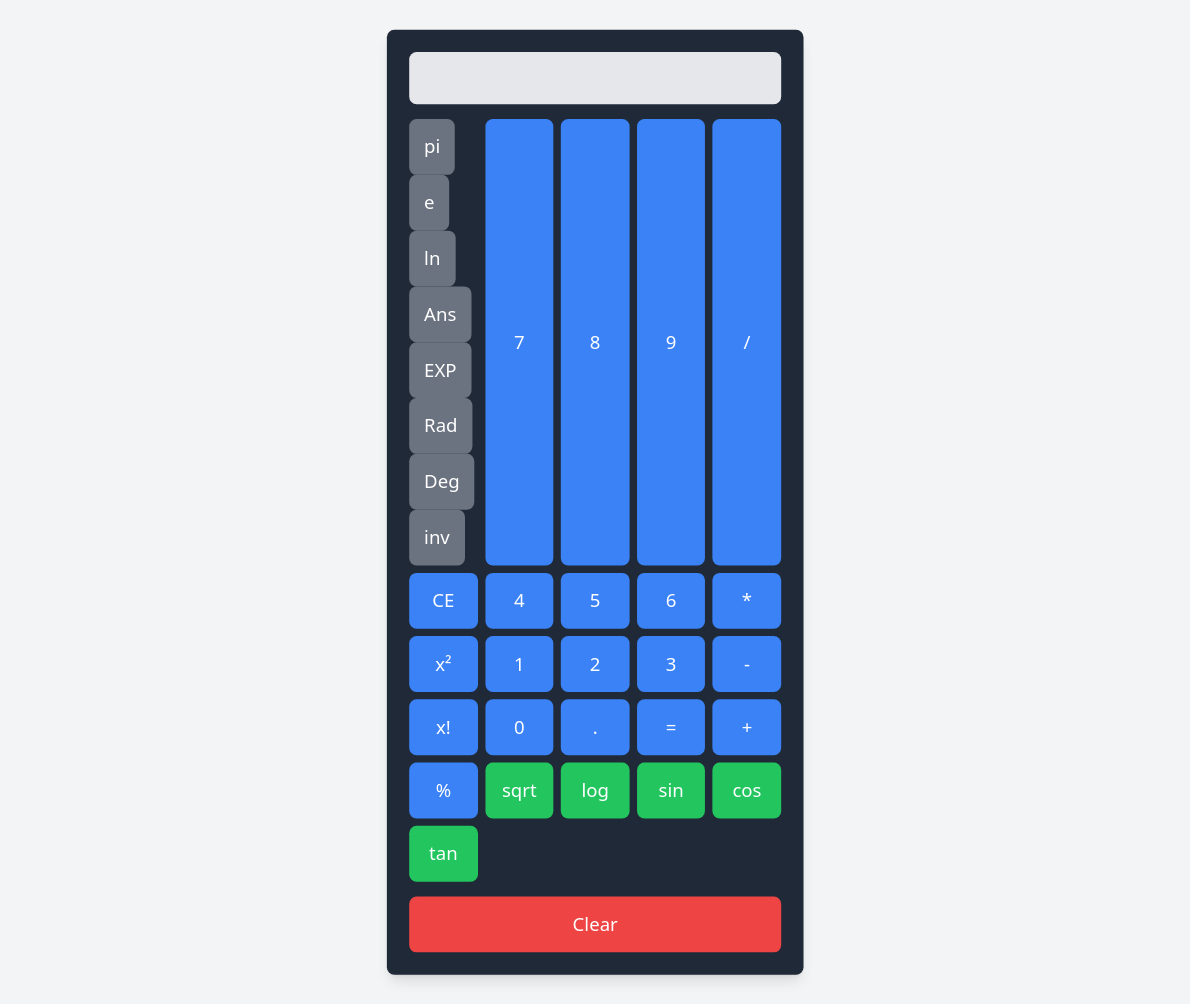
Repository: Sirinegaddour11/Calculator-App
Page: /
An editor plug-in stored every save of this project. The page is shown before and after the next save, followed by the edit.
The browser window is 1280 px wide. The pictures show the whole page, at 93% of full size.
The project was rebuilt for these pictures with package versions that can differ from the ones it lists, and the page was loaded fresh each time. The framework's server and built-in components were replaced by stand-ins that run in the browser. Also part of the build but not shown: next.config.mjs.

Above is the page before, as saved 2024-09-16 19:20:15.

### app/layout.tsx
import type { Metadata } from "next";
import "./globals.css";

export const metadata: Metadata = {
  title: "Calculator App",
  description: "Generated by me",
};

export default function RootLayout({
  children,
}: Readonly<{
  children: React.ReactNode;
}>) {
  return (
    <html lang="en">
      <body className="bg-red-200">{children}</body>
    </html>
  );
}

### app/page.tsx
import Calculator from "@/components/calculator";
import Image from "next/image";

export default function Home() {
  return (
    <div>
      <Calculator />
    </div>
  );
}

### app/globals.css
@tailwind base;
@tailwind components;
@tailwind utilities;

.dark .three-d {
  text-shadow: 0px 5px 0px #533519;
}
.three-d {
  text-shadow: none;
}
.dark .simplebar-scrollbar ::before {
 background-color: rgb(216, 217, 231);
}

### components/calculator.tsx
"use client";
import React, { useState } from "react";
import { evaluate, pi, exp, ln, factorial } from "mathjs";

const Calculator: React.FC = () => {
  const [expression, setExpression] = useState<string>("");
  const [lastResult, setLastResult] = useState<string>("");

  const handleButtonClick = (value: string) => {
    switch (value) {
      case "pi":
        setExpression((prev) => prev + pi.toString());
        break;
      case "e":
        setExpression((prev) => prev + exp(1).toString());
        break;
      case "Ans":
        setExpression((prev) => prev + lastResult);
        break;
      case "ln":
        setExpression((prev) => prev + "ln(");
        break;
      case "x!":
        setExpression((prev) => prev + "factorial(");
        break;
      case "%":
        setExpression((prev) => prev + "/100");
        break;
      case "inv":
        setExpression((prev) => prev + "^(-1)");
        break;
      case "EXP":
        setExpression((prev) => prev + "*10^");
        break;
      case "CE":
        setExpression((prev) => prev.slice(0, -1));
        break;
      case "x²":
        setExpression((prev) => prev + "^2");
        break;
      default:
        if (["sqrt", "log", "sin", "cos", "tan", "^"].includes(value)) {
          setExpression((prev) => prev + value + "(");
        } else if (value === ")") {
          setExpression((prev) => prev + value);
        } else {
          setExpression((prev) => prev + value);
        }
        break;
    }
  };

  const handleCalculate = () => {
    try {
      const result = evaluate(expression);
      setLastResult(result.toString());
      setExpression(result.toString());
    } catch (error) {
      setExpression("Error");
    }
  };

  const handleClear = () => {
    setExpression("");
    setLastResult("");
  };

  return (
    <div className="flex justify-center items-center min-w-[50vh] p-8 bg-gray-100">
      <div className="max-w-md w-full bg-gray-800 rounded-lg shadow-lg p-6">
        <input
          type="text"
          className="w-full mb-4 p-3 text-2xl text-right bg-gray-200 rounded-lg"
          value={expression}
          readOnly
        />
        <div className="grid grid-cols-5 gap-2">
          {/* Ligne 6 (fonctions supplémentaires) */}
          <div className="">
            {["pi", "e", "ln", "Ans", "EXP", "Rad", "Deg", "inv"].map(
              (func, index) => (
                <button
                  key={index}
                  className="p-4 bg-gray-500 text-white rounded-lg hover:bg-gray-600 text-xl"
                  onClick={() => handleButtonClick(func)}
                >
                  {func}
                </button>
              )
            )}
          </div>
          {/* Ligne 1 */}
          {["7", "8", "9", "/", "CE"].map((value, index) => (
            <button
              key={index}
              className="p-4 bg-blue-500 text-white rounded-lg hover:bg-blue-600 text-xl"
              onClick={() =>
                value === "CE"
                  ? handleButtonClick(value)
                  : handleButtonClick(value)
              }
            >
              {value}
            </button>
          ))}
          {/* Ligne 2 */}
          {["4", "5", "6", "*", "x²"].map((value, index) => (
            <button
              key={index}
              className="p-4 bg-blue-500 text-white rounded-lg hover:bg-blue-600 text-xl"
              onClick={() => handleButtonClick(value)}
            >
              {value}
            </button>
          ))}
          {/* Ligne 3 */}
          {["1", "2", "3", "-", "x!"].map((value, index) => (
            <button
              key={index}
              className="p-4 bg-blue-500 text-white rounded-lg hover:bg-blue-600 text-xl"
              onClick={() => handleButtonClick(value)}
            >
              {value}
            </button>
          ))}
          {/* Ligne 4 */}
          {["0", ".", "=", "+", "%"].map((value, index) => (
            <button
              key={index}
              className="p-4 bg-blue-500 text-white rounded-lg hover:bg-blue-600 text-xl"
              onClick={() =>
                value === "=" ? handleCalculate() : handleButtonClick(value)
              }
            >
              {value}
            </button>
          ))}
          {/* Ligne 5 (fonctions scientifiques) */}
          {["sqrt", "log", "sin", "cos", "tan"].map((func, index) => (
            <button
              key={index}
              className="p-4 bg-green-500 text-white rounded-lg hover:bg-green-600 text-xl"
              onClick={() => handleButtonClick(func)}
            >
              {func}
            </button>
          ))}
        </div>
        <button
          className="mt-4 w-full p-4 bg-red-500 text-white rounded-lg hover:bg-red-600 text-xl"
          onClick={handleClear}
        >
          Clear
        </button>
      </div>
    </div>
  );
};

export default Calculator;

Loaded but not shown: tailwind.config.ts (common file)

After the next save:
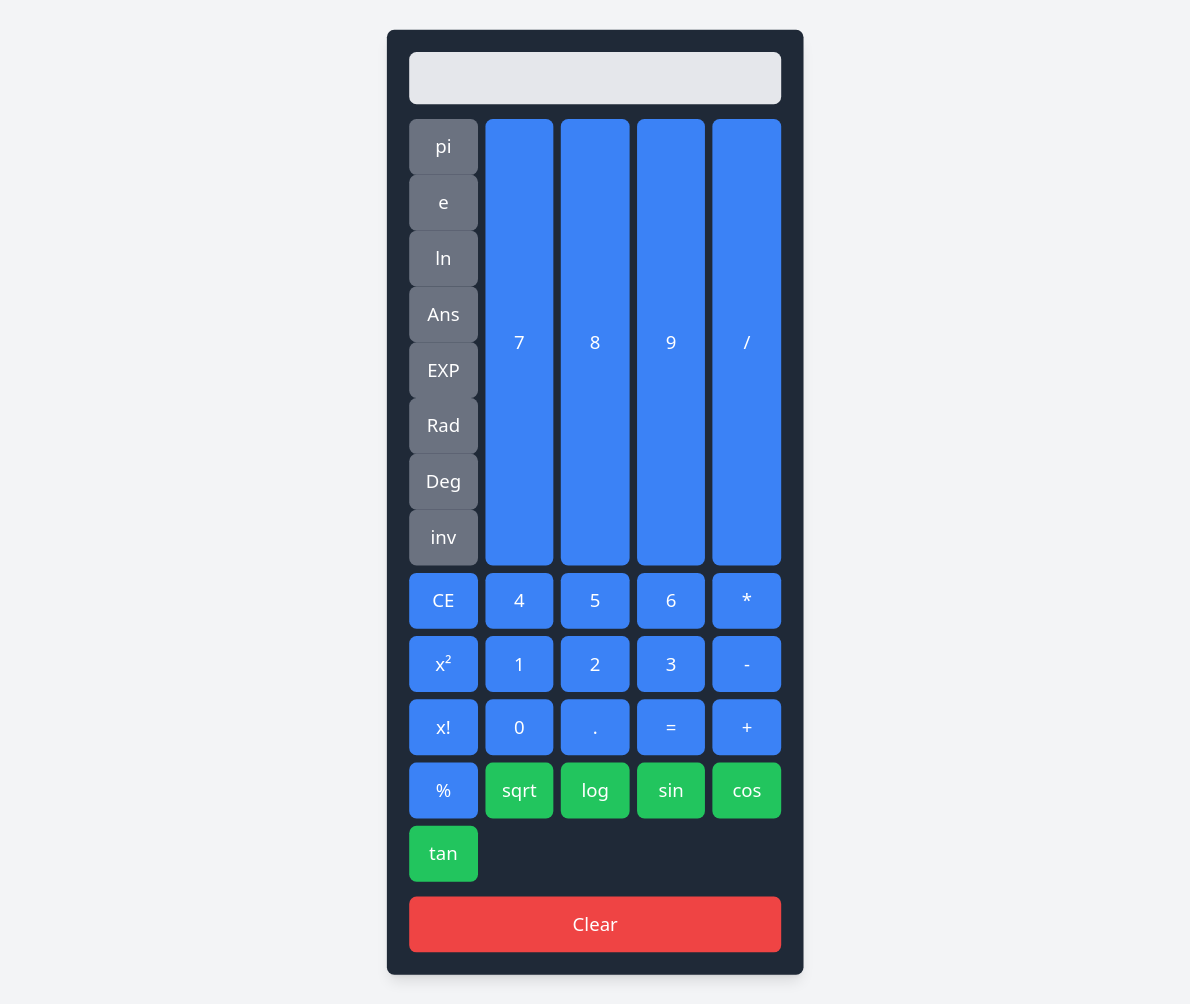
Saved 7 s later.
--- a/components/calculator.tsx
+++ b/components/calculator.tsx
@@ -76,7 +76,7 @@ const Calculator: React.FC = () => {
         />
         <div className="grid grid-cols-5 gap-2">
           {/* Ligne 6 (fonctions supplémentaires) */}
-          <div className="">
+          <div className="grid ">
             {["pi", "e", "ln", "Ans", "EXP", "Rad", "Deg", "inv"].map(
               (func, index) => (
                 <button
